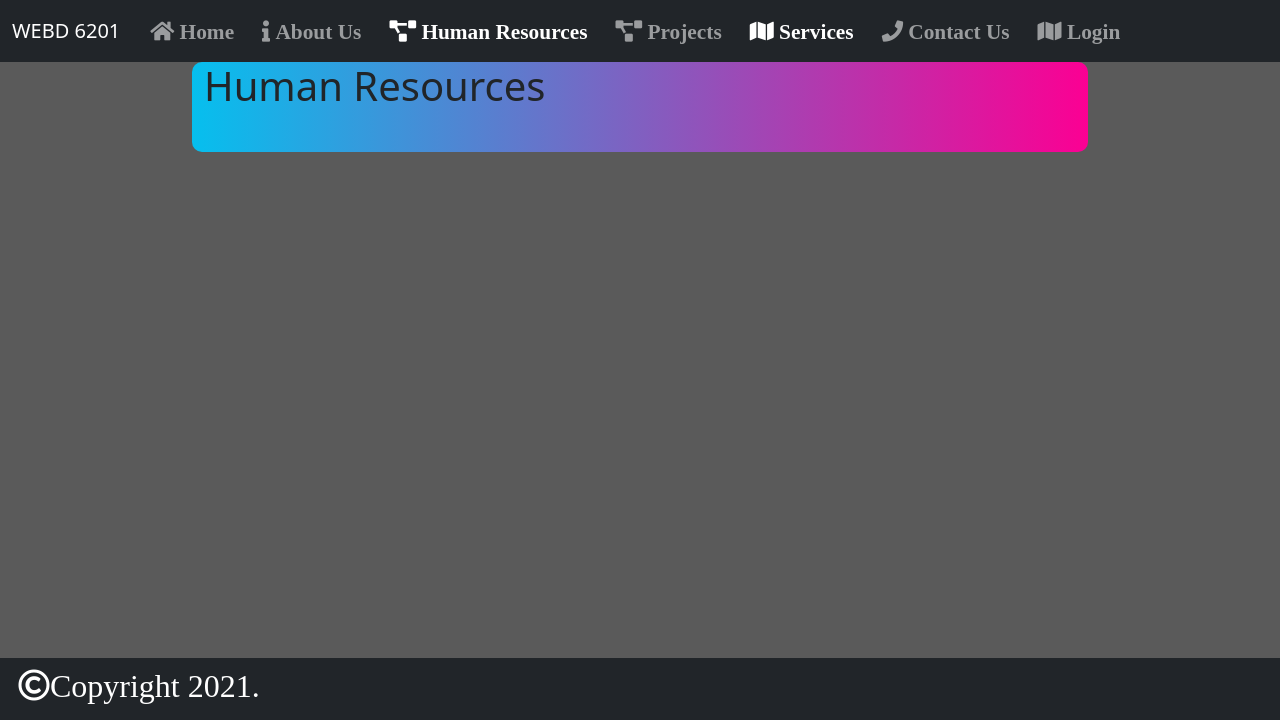
Repository: vans12345678/WEBD6201-W2021-Lab2
Page: human-resources.html
These files come from the project's save history. The page is drawn as it stood at one moment and after the next save; the edit follows.
The browser window is 1280 px wide. The pictures show the whole page.

Above is the page before, as saved 2021-02-25 20:26:21.

### human-resources.html
<!--human-resources.html
Name: Andre Agrippa, Michai Pryce
Date: 02/05/2021
-->
<!DOCTYPE html>
<html lang="en">
<head>
    <meta charset="UTF-8">
    <meta name="viewport" content="width=device-width, initial-scale=1.0">
    <title>Human Resources</title>

    <!-- CSS Section -->
    <link rel="stylesheet" href="./node_modules/bootstrap/dist/css/bootstrap.min.css">
    <link rel="stylesheet" href="./node_modules/@fortawesome/fontawesome-free/css/all.min.css">
    <link rel="stylesheet" href="./Content/app.css">
</head>
<body>
  <!-- Main Header -->
    <header>
      <!-- Main Navigation -->
        <nav class="navbar navbar-expand-lg navbar-dark bg-dark">
            <div class="container-fluid">
              <a id ="navHome" class="navbar-brand" href="index.html"></a>
              <button class="navbar-toggler" type="button" data-bs-toggle="collapse" data-bs-target="#navbarSupportedContent" aria-controls="navbarSupportedContent" aria-expanded="false" aria-label="Toggle navigation">
                <span class="navbar-toggler-icon"></span>
              </button>
              <div class="collapse navbar-collapse" id="navbarSupportedContent">
                <ul id = "ulNav" class="navbar-nav me-auto mb-2 mb-lg-0">
                  <li class="nav-item">
                    <a  class="nav-link" aria-current="page" href="index.html"><i id ="navIndex"class = "fas fa-home fa-lg"></i></a>
                  </li>
                  <li class="nav-item" id ="navAbout">
                    <a  class="nav-link " aria-current="page" href="about.html"><i id ="navAboutItem"class = "fas fa-info fa-lg"></i></a>
                  </li>
                  <li class="nav-item">
                    <a  class="nav-link" aria-current="page" href="projects.html"><i id ="navProjects" class ="fas fa-project-diagram fa-lg">Products</i></a>
                  </li>
                  <li class="nav-item">
                    <a  class="nav-link active" aria-current="page" href="services.html"><i id ="navServices"class = "fas fa-map fa-lg"></i></a>
                  </li>
                  <li class="nav-item">
                    <a  class="nav-link " aria-current="page" href="contact.html"><i id ="navContact"class = "fas fa-phone fa-lg"></i></a>
                  </li>
                  <li class="nav-item">
                    <a  class="nav-link " aria-current="page" href="login.html"><i  id ="navLogin" class = "fas fa-map fa-lg"></i></a>
                  </li>
                </ul>
              </div>
            </div>
          </nav>
    </header>
  <!-- Main Contents -->
    <main>
        <h1 class = "container">Human Resources</h1>
    </main>
    <!-- Main Footer -->
    <footer>
      <nav class="navbar fixed-bottom navbar-dark bg-dark">
          <div class="container-fluid">
              <h4><i id = "footer"class="far fa-copyright fa-lg site-footer"></i></h4>
          </div>
        </nav>
  </footer>
    <!-- Script Section -->
    <script src="./node_modules/jquery/dist/jquery.min.js"></script>
    <script src="./node_modules/bootstrap/dist/js/bootstrap.bundle.min.js"></script>
    <script src="./Scripts/namespace.js"></script>
    <script src="./Scripts/user.js"></script>
    <script src="./Scripts/app.js"></script>
</body>
</html>

### Content/app.css
/* custom css goes here */
.Vapor {
    background-image: url('../images/vapor.jpg');
    background-repeat: no-repeat;
    background-attachment: fixed;
    background-size: 100% 100%;
  }
  a {
    color: greenyellow;
  }
  .textFont
  {
    font-family: Arial, Helvetica, sans-serif;
    line-height: 32px;
  }
  body
  {
    background-color: rgb(90, 90, 90);
  }
  h1.container{
    border-radius: 10px;
    width: 70%;
    height: 90px;
    margin: 0px auto;
    background: linear-gradient(90deg,#06bfee,#fb0093)
  }
  h1.projects{
    background-color: white;
  }
  .contact-table{
    width: 100%;
    margin:  50px auto;
    background-color: white;
  }
  .contact-form
  {
    width: 100%;
    margin:  100px auto;
  }
  .warnMessage
  {
    width: 90%;
    margin:  50px;
  }
  .site-footer {
    color:white;
  }
  .formMargin
  {
    margin: 35px 70px;
  }
  .inputMargin
  {
    margin: 5px 10px;
  }
  .fromBackground
  {
    background-color: rgba(20, 174, 235, 0.822);
    border: 5px solid rgb(0, 238, 255);

  }
  i{
    margin:7px 6px;
  }

### Scripts/namespace.js
//Namespace core
let core;

### Scripts/user.js
"use strict";
// User Class

((core)=>
{
  class User {
    // getters and setters
    get DisplayName()
    {
      return this.m_displayName;
    }

    set DisplayName(value)
    {
      this.m_displayName = value;
    }

    get EmailAddress()
    {
      return this.m_emailAddress;
    }

    set EmailAddress(value)
    {
      this.m_emailAddress = value;
    }

    get Username()
    {
      return this.m_username;
    }

    set Username(value)
    {
      this.m_username = value;
    }
    get Password()
    {
      return this.m_password;
    }

    set Password(value)
    {
      this.m_password = value;
    }

    // constructor
    /**
     * Creates an instance of user
     * @param {string} displayName
     * @param {string} emailAddress
     * @param {string} username
     * @param {string} password
     */
    constructor(displayName = "", emailAddress = "", username = "", password = "")
    {
      this.DisplayName = displayName;
      this.EmailAddress = emailAddress;
      this.Username = username;
      this.Password = password;

    }

    // methods

    /**
     * This method overrides the built-in toString method for the User class
     *
     * @returns {string}
     */
    toString()
    {
      return `Display Name     : ${this.DisplayName}\nEmail Address : ${this.EmailAddress}\nUser Name : ${this.Username}`;
    }

    /**
     * This method returns a JSON object made up of the properties of the User class
     *
     * @returns {Object}
     */
    toJSON()
    {
      return {
        "DisplayName": this.DisplayName,
        "EmailAddress": this.EmailAddress,
        "Username":this.Username
      }
    }

    /**
     * This method takes a JSON data object and assigns the value to the User class properties
     *
     * @param {Object} data
     */
    fromJSON(data)
    {
      this.DisplayName = data.DisplayName;
      this.EmailAddress = data.EmailAddress;
      this.Username = data.Username;
      this.Password = data.Password;
    }

    /**
     * This method converts the User into a comma-separated value string
     *
     * @returns {string}
     */
    serialize()
    {
      if(this.DisplayName !== "" && this.EmailAddress !== "" && this.Username !== "")
      {
        return `${this.DisplayName},${this.EmailAddress},${this.Username}`;
      }
      else
      {
        console.error("One or more properties of the User is empty");
        return null;
      }
    }

    /**
     * This method takes a comma-separated data string and assigns the values to the User class properties
     *
     * @param {string} data
     * @return {void}
     */
    deserialize(data)
    {
      let propertyArray = data.split(",");
      this.DisplayName = propertyArray[0];
      this.EmailAddress = propertyArray[1];
      this.Username = propertyArray[2];
    }
  }

  core.User = User;

})(core || (core={}));

### Scripts/app.js
/************************************************************
 * Name: Andre Agrippa, Michai Pryce
 * Date: 01/20/2021
 * Description: This file adds functionality to the Home,
 * About Us, Human Resources, Contact Us, Projects and Services
 * pages.
 * Date Completed:
 */

"use strict";


(function(){

    /**
     * Display Nav bar function to display nav and footer
     */
    function DisplayNav()
    {
        let navTextElement = document.getElementById("navHome").textContent = "WEBD 6201";
        navTextElement = document.getElementById("navIndex").textContent = " Home";
        navTextElement = document.getElementById("navAboutItem").textContent = " About Us";

        let navAboutElement = document.getElementById("navAbout");
        let hrListItem = document.createElement("li");
        hrListItem.setAttribute("id", "liHumanResources");
        hrListItem.setAttribute("class", "nav-item");
        let navbar = document.getElementById("ulNav").appendChild(hrListItem);
        hrListItem.innerHTML = `<a class="nav-link" aria-current="page" href="human-resources.html">
        <i id ="navHumanResources" class ="fas fa-project-diagram fa-lg"> Human Resources</i></a>`;
        if(document.title === "Human Resources"){
            hrListItem.innerHTML = `<a class="nav-link active" aria-current="page" href="human-resources.html">
            <i id ="navHumanResources" class ="fas fa-project-diagram fa-lg"> Human Resources</i></a>`;
        }

        navAboutElement.after(hrListItem);

        navTextElement = document.getElementById("navContact").textContent = " Contact Us";
        navTextElement = document.getElementById("navProjects").textContent = " Projects";
        navTextElement = document.getElementById("navServices").textContent = " Services";
        navTextElement = document.getElementById("navLogin").innerHTML = ` Login`;
        navTextElement = document.getElementById("footer").textContent = "Copyright 2021.";
    }

    /**
     * Display home to display index page
     */
    function displayHome()
    {
        DisplayNav();
        let introText = "This is a simple site to demonstrate the about, contact, human resources, projects and services requirements for Lab 1 WEBD 6201 - Client Side Scripting";
        let titleText = "Welcome to WEBD 6201";

        let introTextElement = document.getElementById("indexTitle").textContent = titleText;
        introTextElement = document.getElementById("indexParagraph").textContent = introText;

    }
    /**
     * Display about to display about the creators
     */
    function displayAbout()
    {
        DisplayNav();

        //About Andre
        let aboutElement = document.getElementById("aboutTitle").textContent = "About Us";
        aboutElement = document.getElementById("aboutAText");
        aboutElement.innerHTML = `<h1>Andre Agrippa:</h1>
        <p class = "">I'm a 2nd year student at Durham College in the Computer Programming and Analysis program. I've been
        coding for several years now because I enjoy it and always looking to improve in this aspect.</p>
        <a class = "fa-lg" href="./resumes/andre_resume.pdf" download>Resume Download</a></br></br>
        <img src="./images/aa.jpg" alt="" style="width:500px;height:450px;">`;

        //About Michai
        aboutElement.innerHTML += `<h1>Michai Pryce:</h1>
        <p class = ""> Hello, I am in my final year in the Computer Programming Program at Durham College. I love
        to code and learn about the evergrowing advancements in technology. This is the demonstration for our first lab!
        </p>
        <a class = "fa-lg" href="./resumes/Copy_of_Resume.docx" download>Resume Download</a></br></br>
        <img src="./images/m.jpg" alt="" style="width:500px;height:450px;">`;

    }
    /**
     * Display top 3 projects page
     */
    function displayProjects()
    {
        DisplayNav();

        //Projects 1
        let projectsElement = document.getElementById("projectsTitle").textContent = "Projects";
        projectsElement = document.getElementById("projectsText").innerHTML =
        `<h3>Project One: COBOL Item List</h3>
        <p>This project reads records from a .dat file, performs calculations on the data then outputs it to a .out file neatly formatted.</p>
        <img src="./images/p1.png" alt="" style="width:800px;height:500px;">`;

        //Projects 2
        projectsElement = document.getElementById("projectsText").innerHTML +=
        `<h3>Project Two: C#, XAML, MDF  Preferred Shares and Common Shares</h3>
        <p>This project uses XAML for the windows form and a database to keep track of common and preferred shares.
        The database keeps track of how many shares(common/preferred) are  available and validation is applied.</p>
        <img src="./images/p2.png" alt="" style="width:800px;height:500px;">`;

        //Projects 3
        projectsElement = document.getElementById("projectsText").innerHTML +=
        `<h3>Project Three: ASP.NET and MVC Framework Animal Shelter</h3>
        <p>This project is a web application that keeps track of animals, owners, appointment and login info in a database.
        Relational database concepts are applied.</p>
        <img src="./images/p3.png" alt="" style="width:800px;height:500px;">`;

    }
    /**
     * Display top 3 services page
     */
    function displayServices()
    {
        DisplayNav();

        //Services 1
        let servicesElement = document.getElementById("servicesTitle").textContent = "Services";
        servicesElement = document.getElementById("servicesText").innerHTML =
        `<h3>Web Development:</h3>
        <p>We offer a variety of different web development (Front-end, Back-end, Databases). Languages (PHP, ASP.NET, JavaScript)</p>
        <img src="./images/s1.jpg" alt="" style="width:800px;height:500px;">`;

        //Services 2
        servicesElement = document.getElementById("servicesText").innerHTML +=
        `<h3>OOP Programming</h3>
        <p>We offer a variety of different Object Oriented Programming. We're experienced with C#, C++, Java etc.
        Whether it be windows forms applications, console applications GUI, etc.</p>
        <img src="./images/s2.png" alt="" style="width:800px;height:500px;">`;

        //Services 3
        servicesElement = document.getElementById("servicesText").innerHTML +=
        `<h3>Database Management System</h3>
        <p>It's been almost 3 years since we've had experience in database development. We've used software such as
        Microsoft SQL Server and PgAdmin4. Experienced with relational database concepts.</p>
        <img src="./images/s3.jpg" alt="" style="width:800px;height:500px;">`;


    }
    /**
     * Display contact form page
     */
    function displayContact()
    {
        DisplayNav();

        let messageArea = document.getElementById("messageArea");
        messageArea.hidden = true;

        //form validation
        let fullName = document.getElementById("fullName");
        fullName.addEventListener("blur", function()
        {
            if(fullName.value.length < 2)
            {
                fullName.focus();
                fullName.select();
                messageArea.hidden = false;
                messageArea.className = "alert alert-danger  ";
                messageArea.textContent = "Please enter an appropriate name > 2 characters";
            }
            else
            {
                messageArea.removeAttribute("class");
                messageArea.hidden = true;
            }
        });
            let sendButton = document.getElementById("sendButton");
            sendButton.addEventListener("click", function(event)
            {
                event.preventDefault();
                // //Displays twice?

                let contact = new Contact(fullName.value,contactNumber.value, emailAddress.value, shortMessage.value);

                console.log(contact.serialize());
                if(contact.serialize())
                {
                    localStorage.setItem((localStorage.length + 1).toString(),contact.serialize());

                    window.location.href = "index.html";
                }

            });

    }
    /**
     * Human resources page
     */
    function displayHumanResources()
    {
        DisplayNav();
    }
    function displayLogin()
    {
        DisplayNav();
        let messageArea = document.getElementById("messageArea");
        $("#loginButton").on("click", function ()
        {
            let username = $("#username");
            let password = $("#password");
            let success = false;
            let newUser = new core.User();

            //user ajax to access the json file
            $.get("./Data/users.json", function(data)
            {
                //Check each user in the users.json file (linear search)
                for (const user of data.users) {
                    if(username.val()== user.Username && password.val() == user.Password)
                    {
                        newUser.fromJSON(user);
                        success = true;
                        break;
                    }
                }

                //If username and password matches - success, then login
                if(success)
                {
                    //Add user to session storage
                    sessionStorage.setItem("user", newUser.serialize());

                    //hide any error messages
                    messageArea.hidden = true;

                    //redirect user to secure area (contact list?)
                    location.href = "index.html";
                }
                else
                {
                    //display error message
                    username.trigger("focus").trigger("select");
                    messageArea.hidden = false;
                    messageArea.className = "alert alert-danger text-center";
                    messageArea.textContent = "Error: Invalid login information";
                    //messageArea.show().addClass("alert alert-danger").text("Error: Invalid login information");
                }
            });
        });
    }
    function displayRegister()
    {
        DisplayNav();
    }

    function toggleLogin()
    {
        //if the user is logged in
        if(sessionStorage.getItem("user"))
        {
            //change login to logout
            $("#navLogin").html(
                `<a class="nav-link" aria-current="page" href="#"><i id="navLogout"class="fas fa-sign-out-alt fa-lg"></i></a>`
            );

            let navTextElement = document.getElementById("navLogout").innerHTML = ` Logout`;


            //Add functionality to logout button
            $("#navLogout").on("click", function()
            {
                //terminate session
                sessionStorage.clear();

                //redirect back to login page
                location.href = "login.html";
            });

        }
    }

    /**
     * Start function, depending on document title will load specific page
     */
    function Start()
    {
        console.log("App Started...");

        //Based of title of html
        switch(document.title)
        {
            case "Index":
                displayHome();
                break;
            case "About Us":
                displayAbout();
                break;
            case "Projects":
                displayProjects();
                break;
            case "Services":
                displayServices();
                break;
            case "Contact Us":
                displayContact();
                break;
            case "Contact-List":
                displayContactList();
                break;
            case "Human Resources":
                displayHumanResources();
                break;
            case "Login":
                displayLogin();
                break;
            case "Register":
                displayRegister();
                break;
        }

        toggleLogin();

    }

    window.addEventListener("load", Start);

    core.Start = Start;

})(core || (core={}));

Loaded but not shown: node_modules/bootstrap/dist/css/bootstrap.min.css (library); node_modules/@fortawesome/fontawesome-free/css/all.min.css (library); node_modules/jquery/dist/jquery.min.js (library); node_modules/bootstrap/dist/js/bootstrap.bundle.min.js (library)

After the next save:
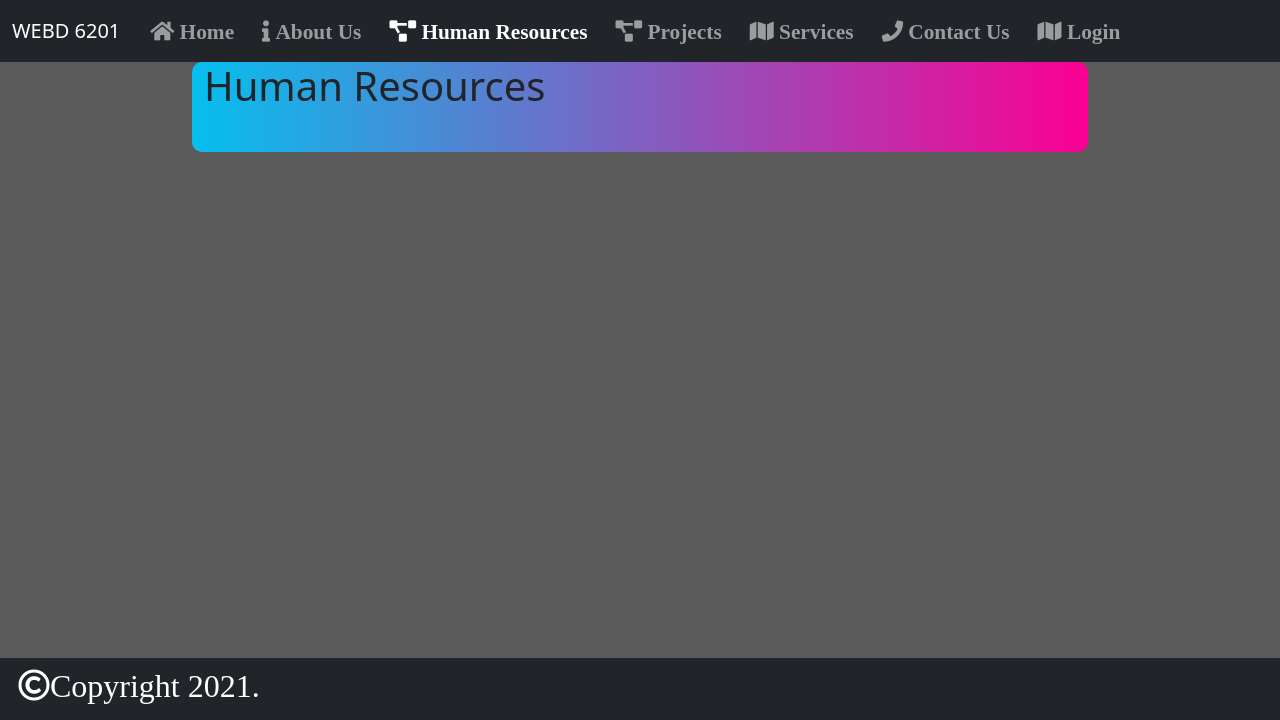
Saved 32 s later.
--- a/human-resources.html
+++ b/human-resources.html
@@ -36,7 +36,7 @@
                     <a  class="nav-link" aria-current="page" href="projects.html"><i id ="navProjects" class ="fas fa-project-diagram fa-lg">Products</i></a>
                   </li>
                   <li class="nav-item">
-                    <a  class="nav-link active" aria-current="page" href="services.html"><i id ="navServices"class = "fas fa-map fa-lg"></i></a>
+                    <a  class="nav-link" aria-current="page" href="services.html"><i id ="navServices"class = "fas fa-map fa-lg"></i></a>
                   </li>
                   <li class="nav-item">
                     <a  class="nav-link " aria-current="page" href="contact.html"><i id ="navContact"class = "fas fa-phone fa-lg"></i></a>
